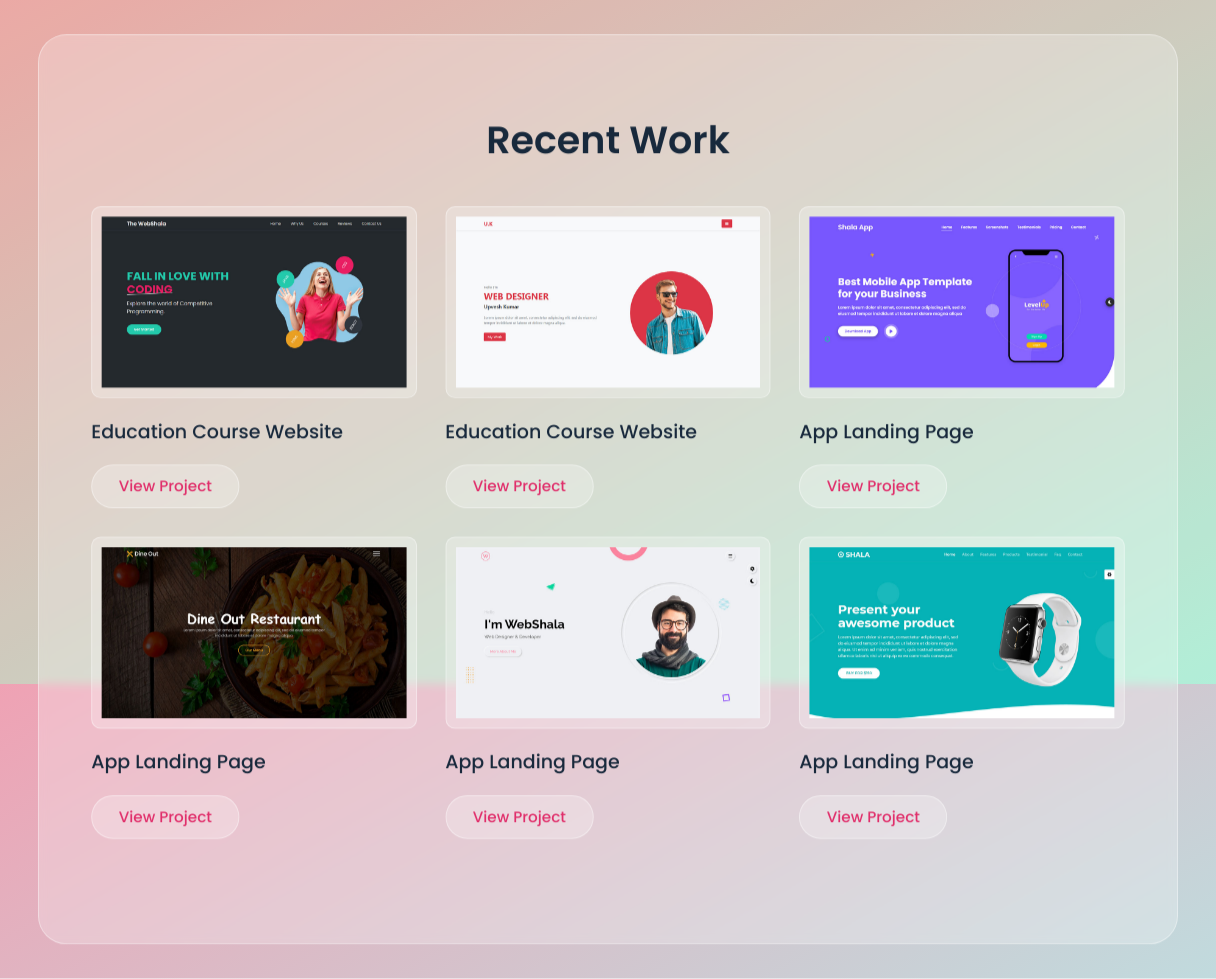
Repository: dewaary/Glassmorp-me
Page: index.html
An editor plug-in stored every save of this project. The page is shown before and after the next save, followed by the edit.
The browser window is 1280 px wide. The pictures show the whole page, at 95% of full size.
Backgrounds fixed to the window are drawn as part of the page.

Above is the page before, as saved 2021-05-26 07:52:17.

After the next save:
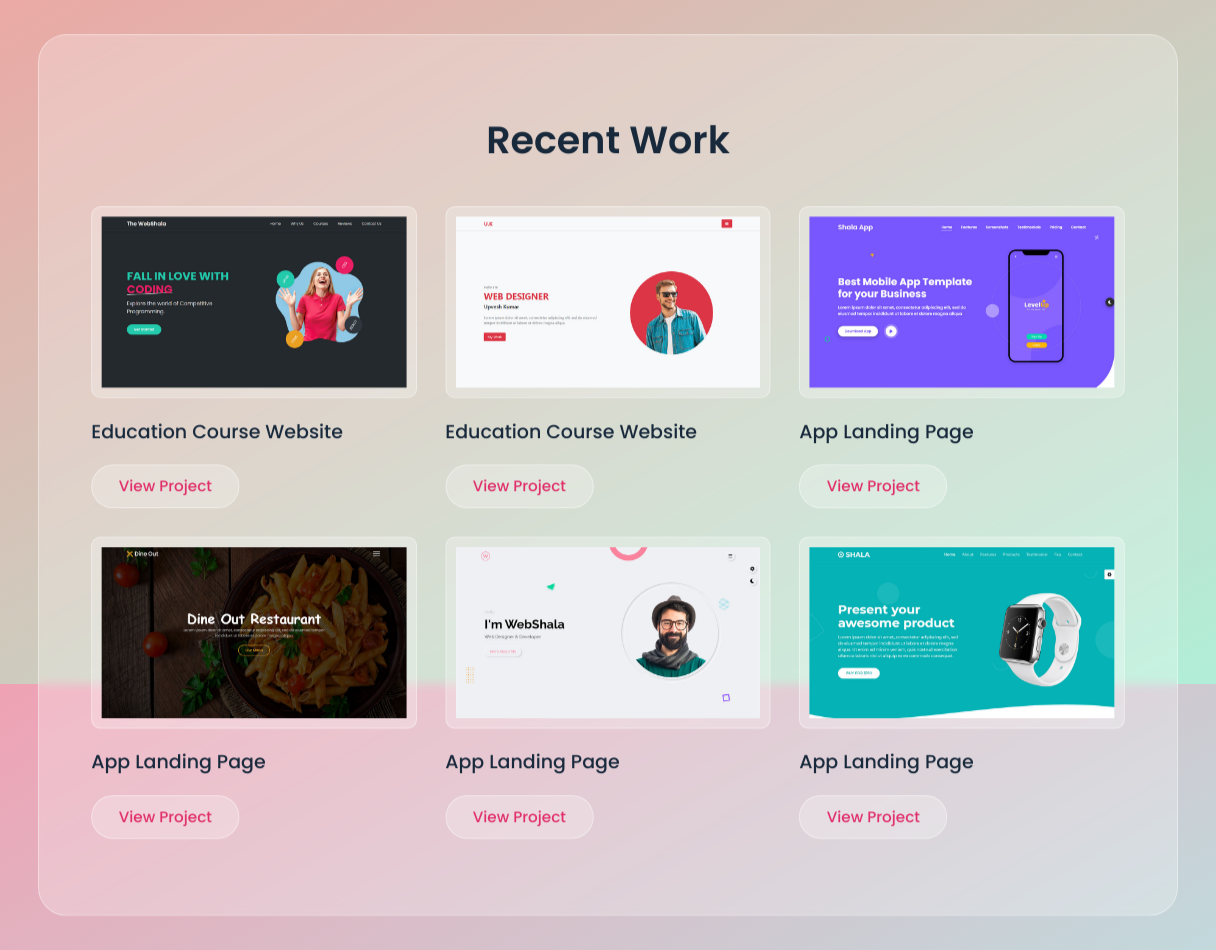
Saved 96 s later.
--- a/style.css
+++ b/style.css
@@ -396,6 +396,10 @@ Home Section */
 
 /* Portfolio */
 
+.portfolio-section {
+  padding-bottom: 50px;
+}
+
 .portfolio-item{
   width: calc((100% / 3) - 30px);
   margin: 0 15px 30px;
